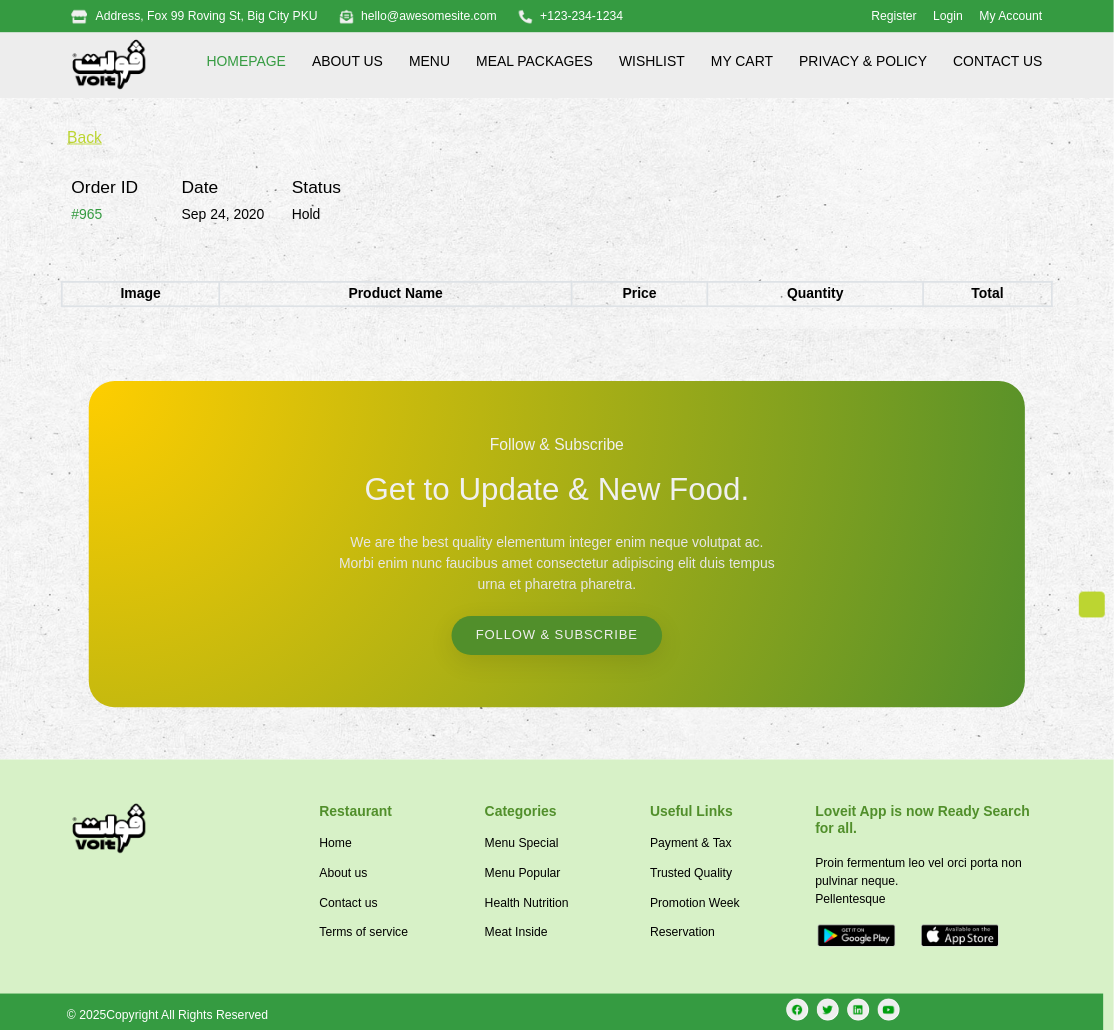
Repository: junivig/volt-new-project
Page: order-detail.html
These files come from the project's save history. The page is drawn as it stood at one moment and after the next save; the edit follows.
The browser window is 1280 px wide. The pictures show the whole page, at 87% of full size.

Above is the page before, as saved 2025-02-27 14:53:06.

After the next save:
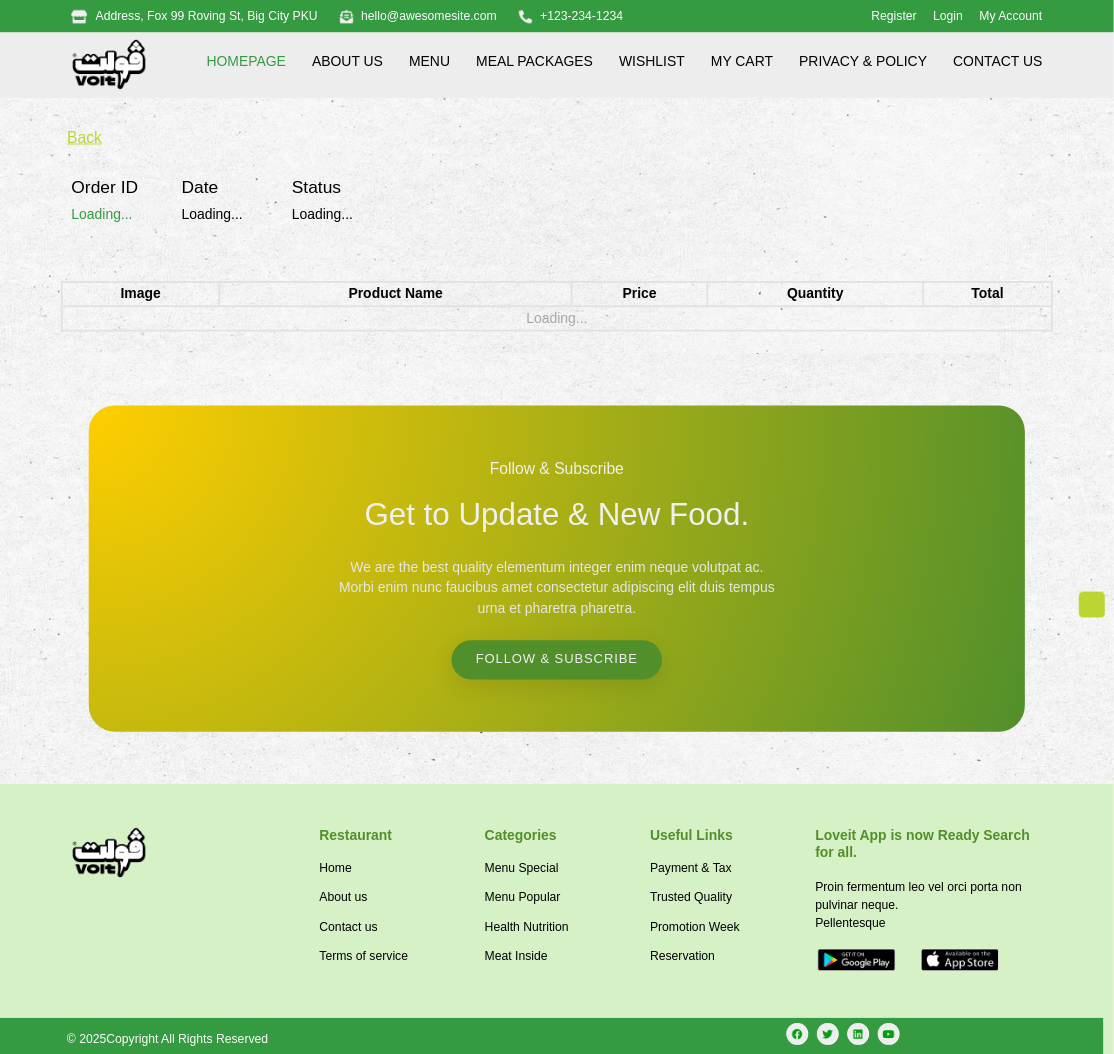
Saved 5 min 3 s later.
--- a/order-detail.html
+++ b/order-detail.html
@@ -121,28 +121,26 @@
         <section id="testimonials" class="testimonials section-inner light-background bg-image">
             <a href="my-account.html"><button class="btn btn-back">Back</button></a>
             <div class="container">
-            <div class="row mt-4">
-                <div class="col-4">
-                    <div class="row">
-                        <div class="col-4">
-                            <h5>Order ID</h5>
-                            <p class="order-id">#965</p>
-                        </div>
-                        <div class="col-4">
-                            <h5>Date</h5>
-                            <p>Sep 24, 2020</p>
-                        </div>
-                        <div class="col-4">
-                            <h5>Status</h5>
-                            <p>Hold</p>
+                <div class="row mt-4">
+                    <div class="col-4">
+                        <div class="row">
+                            <div class="col-4">
+                                <h5>Order ID</h5>
+                                <p class="order-id">Loading...</p>
+                            </div>
+                            <div class="col-4">
+                                <h5>Date</h5>
+                                <p class="order-date">Loading...</p>
+                            </div>
+                            <div class="col-4">
+                                <h5>Status</h5>
+                                <p class="order-status">Loading...</p>
+                            </div>
                         </div>
                     </div>
                 </div>
-                <div class="col-8">
-
-                </div>
             </div>
-        </div>
+
             <div class="container mt-5">
                 <div class="row">
                     <table class="cart-table">
@@ -156,14 +154,10 @@
                             </tr>
                         </thead>
                         <tbody id="cart-table-body">
-                            <!-- Cart items will be dynamically added here -->
+                            <tr><td colspan="5">Loading...</td></tr>
                         </tbody>
                     </table>
-
-
-
                 </div>
-
             </div>
         </section>
       <!-- /Cart Section -->
